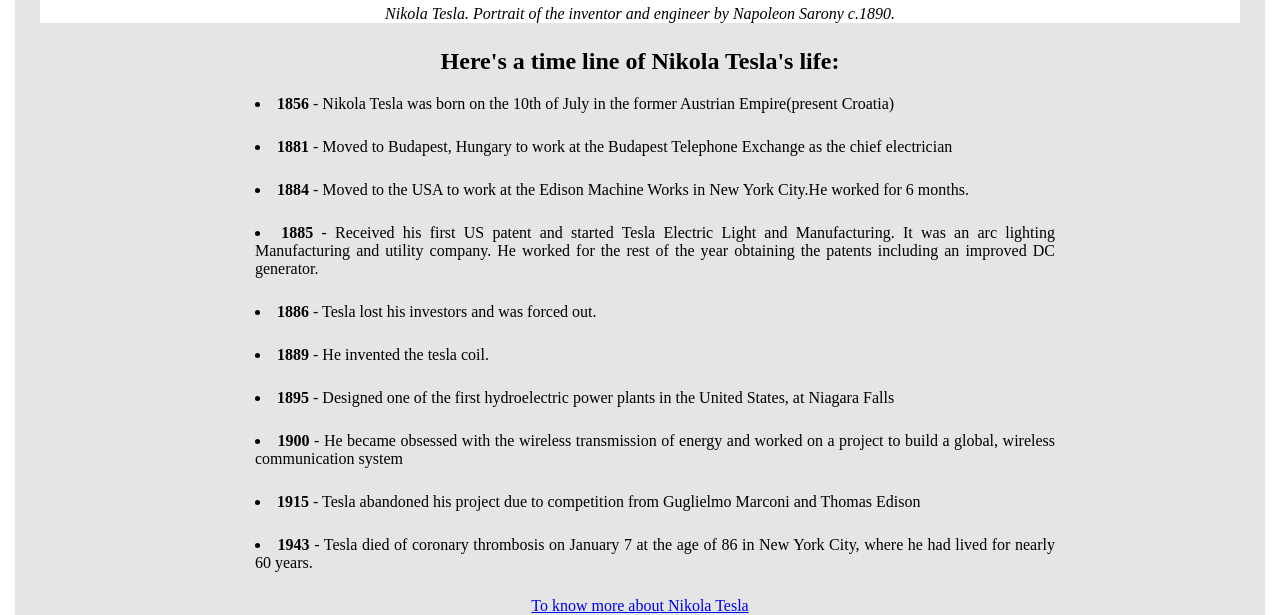
Repository: Avishka217/Tribute-Page
Page: index.html
These files come from the project's save history. The page is drawn as it stood at one moment and after a run of saves; the edit follows.
The browser window is 1280 px wide. The pictures show the part of the page from y = 576 to 1191 px (the page is 1191 px tall before and 1155 px after).
A picture or video elsewhere on the page could not be fetched, so the positions and the page height are approximate.

Above is the page before, as saved 2020-03-18 19:48:50.

### index.html
<!DOCTYPE html>
<html>

<head>
    <link rel="stylesheet" href="styles.css">
    <link href="https://fonts.googleapis.com/css?family=Libre+Baskerville&display=swap" rel="stylesheet">
    <title>Nikola Tesla | Tribute Page</title>
</head>

<body>
    <div id="header">
        <script src="https://cdn.freecodecamp.org/testable-projects-fcc/v1/bundle.js"></script>
    </div>
    <main id="main">
        <div id="title-content">
            <h1 id="title">NIKOLA TESLA</h1>
            <p>The genius who lit the world</p>
        </div>
        <div id="main-content">
            <figure id="img-div">
                <center><img id="image" src="https://www.hands-free.co.uk/wp-content/uploads/2018/06/nikola-tesla.jpg">
                </center>
                <figcaption id="img-caption">Nikola Tesla. Portrait of the inventor and engineer by Napoleon Sarony
                    c.1890.</figcaption>
            </figure>

        </div>
        <div id="tribute-info">
            <h2>Here's a time line of Nikola Tesla's life:</h2>

            <ul id="lists">
                <li><b>1856</b> - Nikola Tesla was born on the 10th of July in the former Austrian Empire(present
                    Croatia)</li>
                <li><b>1881</b> - Moved to Budapest, Hungary to work at the Budapest Telephone Exchange as the chief
                    electrician</li>
                <li><b>1884</b> - Moved to the USA to work at the Edison Machine Works in New York City.He worked for 6
                    months.
                </li>
                <li><b>1885</b> - Received his first US patent and started Tesla Electric Light and Manufacturing. It
                    was an arc lighting Manufacturing
                    and utility company. He worked for the rest of the year obtaining the patents including an improved
                    DC generator.</li>
                <li><b>1886</b> - Tesla lost his investors and was forced out.</li>
                <li><b>1889</b> - He invented the tesla coil.</li>
                <li><b>1895</b> - Designed one of the first hydroelectric power plants in the United States, at Niagara
                    Falls</li>
                <li><b>1900</b> - He became obsessed with the wireless transmission of energy and worked on a project to
                    build a global, wireless communication system</li>
                <li><b>1915</b> - Tesla abandoned his project due to competition from Guglielmo Marconi and Thomas
                    Edison</li>
                <li><b>1943</b> - Tesla died of coronary thrombosis on January 7 at the age of 86 in New York City,
                    where he had lived for nearly 60 years. </li>
            </ul>
            <a id="tribute-link" target="_blank" href="https://en.wikipedia.org/wiki/Nikola_Tesla">To know more about
                Nikola Tesla</a>
        </div>
    </main>

</body>

</html>

### styles.css
body{
  overflow-x: hidden;
  margin: 0 auto;
  width: 100%;
}
#header{
width: 100%;
  background-color:hsl(240, 80%, 8%);
  height: 60px;


}

#main{
  display: block;

  position: absolute;
  right: 0;
  left: 0;
  margin: 0px 15px;
  padding-top: 10px;
  background-color: rgb(0, 0, 0, 0.1);
  text-align: center;

}

#title-content{
  padding-top:  25px;
  text-align: center;
}
#title-content p{
  font-family: Helvetica, sans-serif
}
#main-content{
  padding-top: 30px;
  margin: 25px;
  background-color:white;
}

#title{
  position: relative;
  font-family:'Libre Baskerville', serif;
  font-size: 30px;
  text-align: center;
  margin-top: 15px;;

}


#image{
  display: block;
  max-width: 100%;
  height: auto;
  margin-bottom: 25px;

}
@media(min-width: 525px){
  #image{
    width:400px;
  }
}

#img-caption{
  text-align: center;
  font-style: italic;
}



#tribute-info{

  display: block;
  width: 100%;
  position: relative;
  text-align: center;
  list-style-position: inside;



}

#tribute-info ul{

  padding-right: 10px;;
  width:800px;
  margin: auto;
  text-align: justify;

}
@media(max-width: 800px){
  #tribute-info  ul{
    width:auto;
  }
}
#tribute-info  li{

  text-align: justify;
  margin-bottom: 25px;
}

After the next 2 saves:
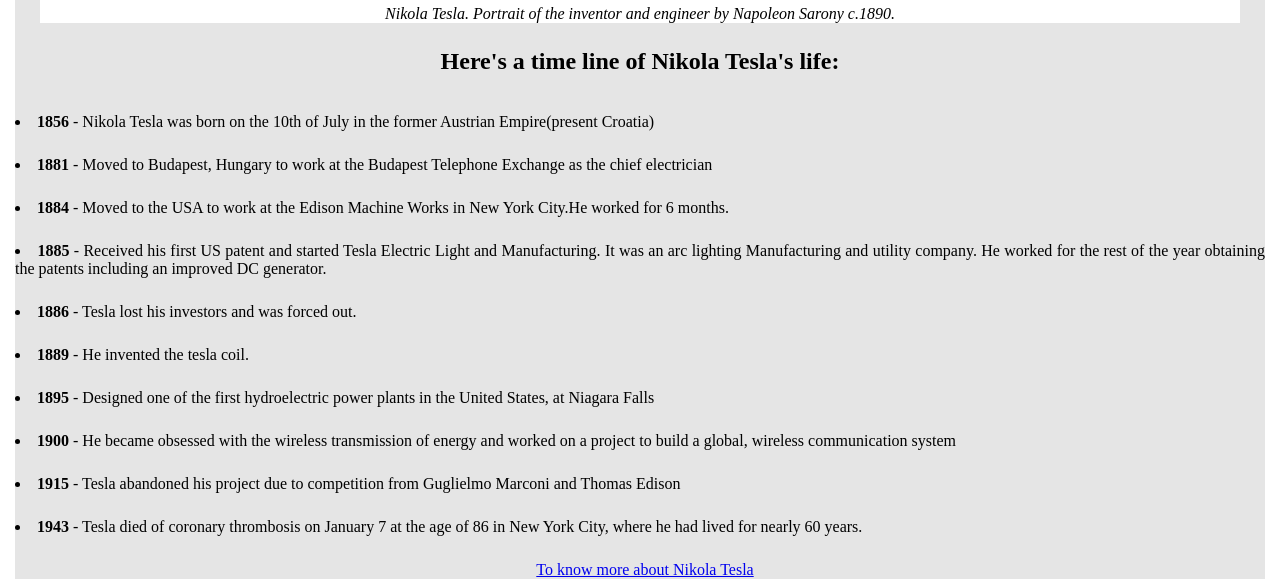
The 2 saves are shown as one change because they came seconds apart.
The last was saved 15 s later.
--- a/styles.css
+++ b/styles.css
@@ -80,7 +80,7 @@
 }
 
 #tribute-info ul{
-
+display: inline;
   padding-right: 10px;;
   width:800px;
   margin: auto;
@@ -94,6 +94,6 @@
 }
 #tribute-info  li{
 
-  text-align: justify;
+
   margin-bottom: 25px;
 }

After the save that followed:
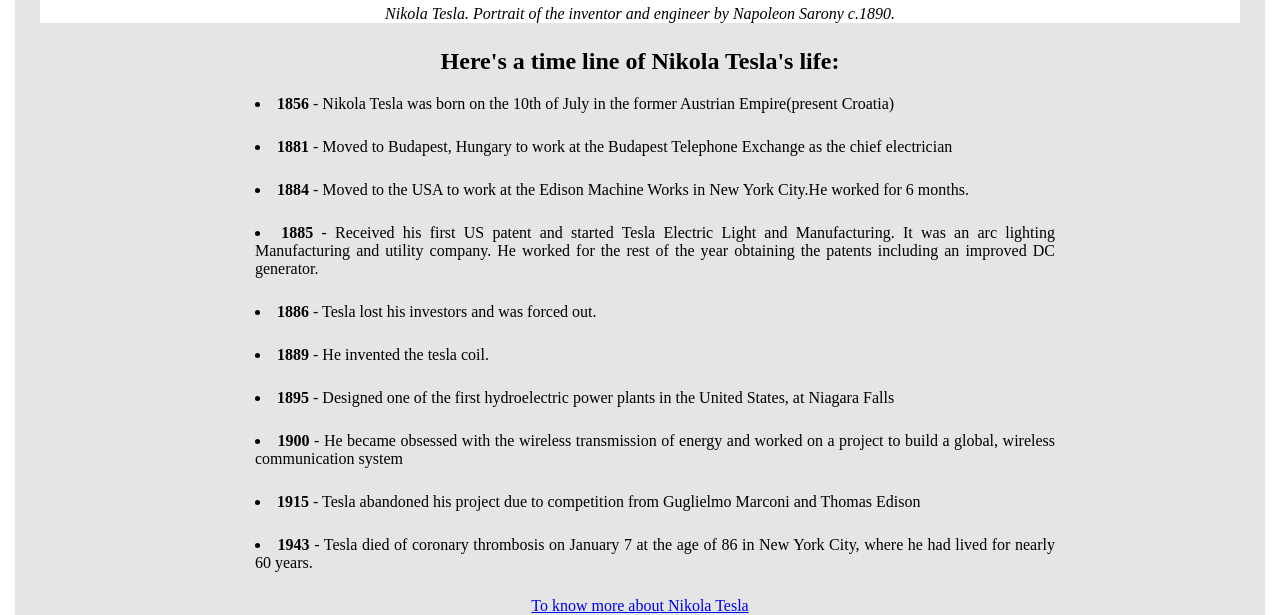
Saved 4 s later.
--- a/styles.css
+++ b/styles.css
@@ -80,7 +80,7 @@
 }
 
 #tribute-info ul{
-display: inline;
+display: block;
   padding-right: 10px;;
   width:800px;
   margin: auto;
